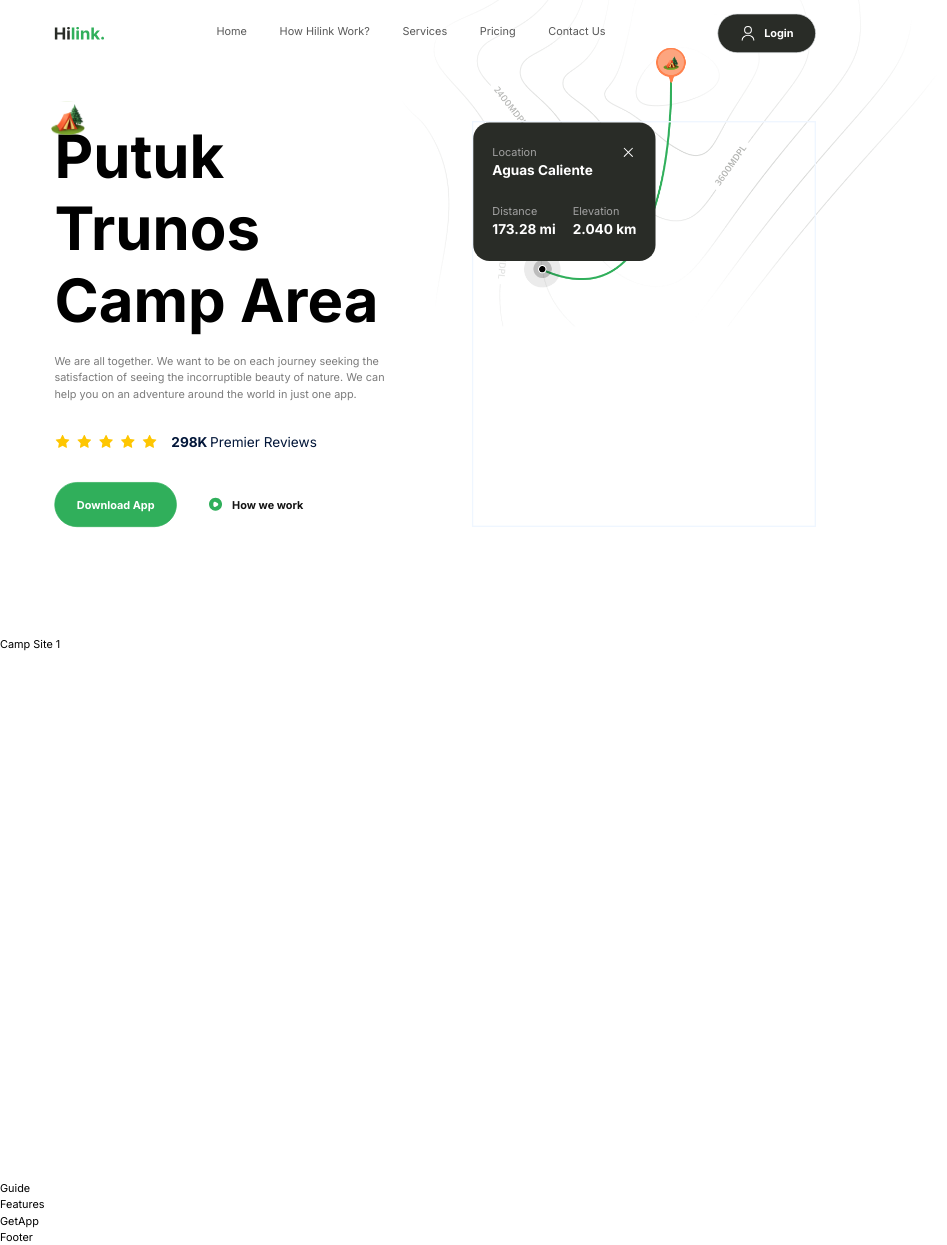
Repository: SouthpawC0der/Modern-reactsite
Page: /
The author's editor kept a copy of each file at every save. The page is drawn from the files as they stood at one save, then again after the next save.
The browser window is 1280 px wide. The page is 1392 px wide, so the pictures cover 1392 px, including what lies to the right of the window. The pictures show the whole page, at 68% of full size.
The project was rebuilt for these pictures with package versions that can differ from the ones it lists, and the page was loaded fresh each time. The framework's server and built-in components were replaced by stand-ins that run in the browser. Also part of the build but not shown: next.config.ts.

Above is the page before, as saved 2025-01-30 12:27:00.

### app/layout.tsx
import type { Metadata } from "next";
import "./globals.css";
import Navbar from "@/components/Navbar";
import Footer from "@/components/Footer";

export default function RootLayout({
  children,
}: Readonly<{
  children: React.ReactNode;
}>) {
  return (
    <html lang="en">
      <body>
        <Navbar />
        <main className="relative-overflow-hidden">
        {children}
        </main>
        <Footer />
      </body>
    </html>
  );
}

### app/page.tsx
import Camp from "@/components/Camp";
import Features from "@/components/Features";
import GetApp from "@/components/GetApp";
import Guide from "@/components/Guide";
import Hero from "@/components/Hero";


export default function Home() {
  return (
    <>
    <Hero />
    <Camp />
    <Guide />
    <Features />
    <GetApp />
    </>
  );
}

### app/globals.css

@import url('https://fonts.googleapis.com/css2?family=Inter:wght@400;500;600;700;800&display=swap');

@tailwind base;
@tailwind components;
@tailwind utilities;

* {
  margin: 0;
  padding: 0;
  box-sizing: border-box;
}

body {
  font-family: Inter;
}

@layer utilities {
  .btn_white {
    @apply  border-white bg-white px-8 py-3 text-green-50
  }
  .btn_white_text  {
    @apply  border-white bg-white px-8 py-3 text-gray-90
  }
  .btn_green  {
    @apply  border-green-50 bg-green-50 px-8 py-5 text-white
  }
  .btn_dark_green {
    @apply  bg-green-90 px-8 py-4 text-white transition-all hover:bg-black
  }
  .btn_dark_green_outline  {
    @apply border-gray-20 bg-green-90 px-8 py-5 text-white
  }

  .max-container {
    @apply mx-auto max-w-[1440px];
  }

  .padding-container {
    @apply px-6 lg:px-20 3xl:px-0;
  }

  .flexCenter {
    @apply flex items-center justify-center;
  }

  .flexBetween {
    @apply flex items-center justify-between;
  }

  .flexStart {
    @apply flex items-center justify-start;
  }

  .flexEnd {
    @apply flex items-center justify-end;
  }

  /* FONTS */
  .regular-64 {
    @apply text-[64px] font-[400] leading-[120%];
  }

  .regular-40 {
    @apply text-[40px] font-[400] leading-[120%];
  }

  .regular-32 {
    @apply text-[32px] font-[400];
  }

  .regular-24 {
    @apply text-[24px] font-[400];
  }

  .regular-20 {
    @apply text-[20px] font-[400];
  }

  .regular-18 {
    @apply text-[18px] font-[400];
  }

  .regular-16 {
    @apply text-[16px] font-[400];
  }

  .regular-14 {
    @apply text-[14px] font-[400];
  }

  .medium-14 {
    @apply text-[14px] font-[600];
  }

  .bold-88 {
    @apply text-[88px] font-[700] leading-[120%];
  }

  .bold-64 {
    @apply text-[64px] font-[700] leading-[120%];
  }

  .bold-52 {
    @apply text-[52px] font-[700] leading-[120%];
  }

  .bold-40 {
    @apply text-[40px] font-[700] leading-[120%];
  }

  .bold-32 {
    @apply text-[32px] font-[700] leading-[120%];
  }

  .bold-20 {
    @apply text-[20px] font-[700];
  }

  .bold-18 {
    @apply text-[18px] font-[700];
  }

  .bold-16 {
    @apply text-[16px] font-[700];
  }

  /* Hero */
  .hero-map {
    @apply absolute right-0 top-0 h-screen w-screen bg-pattern-2 bg-cover bg-center md:-right-28 xl:-top-60;
  }

  /* Camp */
  .camp-quote {
    @apply absolute -right-6 bottom-4 w-[140px] lg:bottom-10 xl:-right-8 xl:w-[186px] 3xl:right-0;
  }

  /* Feature */
  .feature-phone {
    @apply absolute top-[13%] z-10 hidden max-w-[1500px] rotate-[15deg] md:-left-16 lg:flex  3xl:left-20;
  }

  /* Get App */
  .get-app {
    @apply max-container relative flex w-full  flex-col justify-between gap-32 overflow-hidden bg-green-90 bg-pattern bg-cover bg-center bg-no-repeat px-6 py-12 text-white sm:flex-row sm:gap-12 sm:py-24 lg:px-20 xl:max-h-[598px] 2xl:rounded-5xl;
  }
}

/* Hide scrollbar for Chrome, Safari and Opera */
.hide-scrollbar::-webkit-scrollbar {
  display: none;
}

/* Hide scrollbar for IE, Edge and Firefox */
.hide-scrollbar {
  -ms-overflow-style: none; /* IE and Edge */
  scrollbar-width: none; /* Firefox */
}

### components/Navbar.tsx
import { NAV_LINKS } from '@/constants'
import Image from 'next/image'
import Link from 'next/link'
import React from 'react'
import Button from './Button'

const Navbar = () => {
  return (
    <nav className='flexBetween max-container padding-container relative z-30 py-5'>
        <Link href="/">
          <Image src="/hilink-logo.svg" alt='logo' width={74} height={29} />
        </Link>

          <ul className='hidden h-full gap-12 lg:flex'>
             {NAV_LINKS.map((link) => (
                <Link href={link.href} key={link.key}
                className='regular-16 text-gray-50 flexCenter cursor-pointer pb-1.5 transition-all hover:font-bold'
                >
                    {link.label}
                </Link>
             ))}
          </ul>

          <div className='lg:flexCenter hidden'>
            <Button
            type='button'
            title='Login'
            icon='/user.svg'
            variant='btn_dark_green'
            />
          </div>

          <Image
          src='menu.svg'
          alt='menu'
          width={32}
          height={32}
          className='inline-block cursor-pointer lg:hidden'
          />
    </nav>
  )
}


export default Navbar

### components/Camp.tsx
import React from 'react'
 interface CampProps {
  backgroundImage: string;
  title: string,
  subtitle: string,
  peopleJoined: string,
 }

const CampSite = ({backgroundImage, title, subtitle, peopleJoined}: CampProps) => {
  return (
    <div>
      Camp Site 1
    </div>
  )
}


const Camp = () => {
  return (
    <section className='2xl:max-container relative flex fle-col py-10 lg:mb-10 lg:py-20 xl:mb-20'>
    <div className='hide-scrollbar flex h-[340px] w-full items-start justify-start gap-8 overflow-x-auto lg:h-[400px] xl:h-[640px]'>
      <CampSite
      backgroundImage='bg-bg-img-1'
      title='Putuk Truno Camp'
      subtitle='Prigen, Pasuran'
      peopleJoined='50+ Joined'
      />
    </div>
  </section>
  )
}

export default Camp

### components/Hero.tsx
import Image from 'next/image'
import React from 'react'
import Button from './Button'

const Hero = () => {
  return (
    <section className='max-container padding-container flex flex-col gap-20 py-10 pb-32 md:gap-28
     lg:py-20 xl:flex-row '>
        <div className='hero-map' />

        <div className='relative z-10 flex flex-1 flex-col xl:w-1/2'>
            <Image
            src='/camp.svg'
            alt='camp'
            width={50}
            height={50}
            className='absolute left-[-5px] top-[-30px] w-10 lg:w-[50px]'
             />
             <h1 className='bold-32 lg:bold-88'>Putuk Trunos Camp Area</h1>
             <p className='regular-16 mt-6 text-gray-30 xl:max-[520px]'>
                We are all together. We want to be on each journey seeking the
                satisfaction of seeing the incorruptible beauty of nature. We can
                help you on an adventure around the world in just one app.
             </p>

             <div className='my-11 flex flex-wrap gap-5'>
                <div className='flex items-center gap-2'>
                    {Array(5).fill(1).map((_, index) => (
                        <Image
                        src='/star.svg'
                        key={index}
                        alt='star'
                        width={24}
                        height={24}
                        />
                    ))}
                </div>
                <p className='bold-16 lg:bold-20 text-blue-70'>
                    298K
                    <span className='regular-16 lg:regular-20 ml-1'>Premier Reviews</span>
                </p>
             </div>
             <div className='flex flex-col w-full gap-3 sm:flex-row'>
                    <Button
                    type='button'
                    title='Download App'
                    variant='btn_green'
                    />
                    <Button
                    type='button'
                    title='How we work'
                    icon='/play.svg'
                    variant='btn_white_text'
                    />
             </div>
        </div>

        <div className='relative flex flex-1 items-start border-2 border-blue-50'>
           <div className='relative z-20 flex w-[268px] flex-col gap-8 rounded-3xl bg-green-90 px-7 py-8'>

            <div className='flex flex-col'>
                <div className='flexBetween'>
                    <p className='regular-16 text-gray-20'>Location</p>
                        <Image
                          src='/close.svg'
                          alt='close'
                          width={24}
                          height={24}
                        />
                </div>

                <p className='bold-20 text-white'>Aguas Caliente</p>
                </div>

                <div className='flexBetween'>
                  <div className='flex flex-col'>
                    <p className='regular-16 block text-gray-20'>Distance</p>
                    <p className='bold-20 text-white'>173.28 mi</p>
                </div>
                  <div className='flex flex-col'>
                    <p className='regular-16 block text-gray-20'>Elevation</p>
                    <p className='bold-20 text-white'> 2.040 km</p>
                </div>
              </div>
            </div>
        </div>
    </section>
  )
}

export default Hero

### components/Button.tsx
import Image from 'next/image';
import React from 'react'

type ButtonProps = {
    type: 'button' | 'submit';
    title: string;
    icon?: string,
    variant: string
}

const Button = ( {type, title, icon, variant }: ButtonProps) => {
  return (
    <button
    className={`flexCenter gap-3 rounded-full border ${variant}`}
    type={type}

    >
        {icon && <Image src={icon} alt={title} width={24} height={24} />}
        <label className='bold-16 whitespace-nowrap'>{title}</label>
    </button>
  )
}

export default Button

Loaded but not shown: components/Footer.tsx (common file); components/Features.tsx (common file); components/GetApp.tsx (common file); components/Guide.tsx (common file); constants/index.ts (common file); tailwind.config.ts (common file)

After the next save:
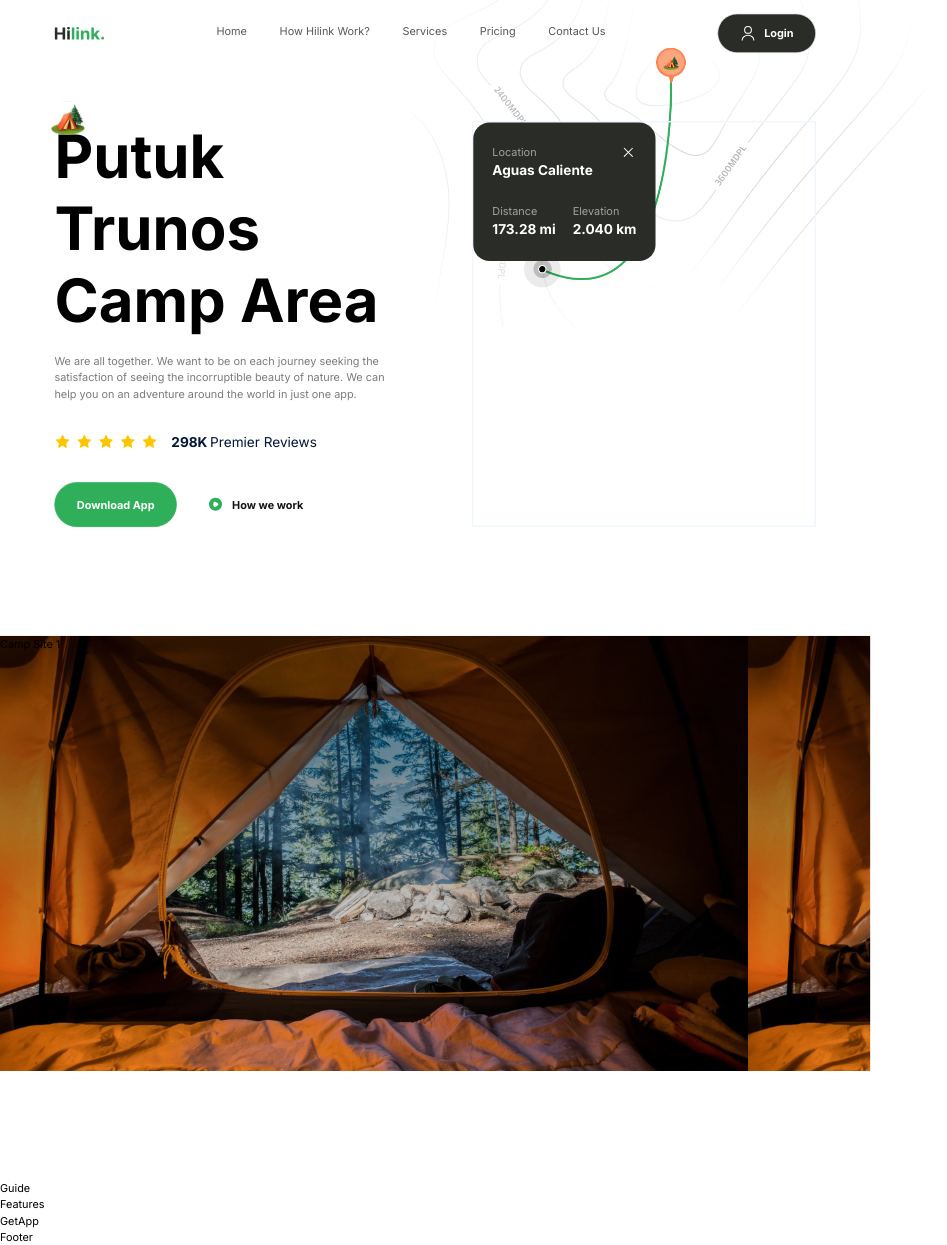
Saved 69 s later.
--- a/components/Camp.tsx
+++ b/components/Camp.tsx
@@ -8,7 +8,7 @@ import React from 'react'
 
 const CampSite = ({backgroundImage, title, subtitle, peopleJoined}: CampProps) => {
   return (
-    <div>
+    <div className={`h-full w-full min-w-[1100px] ${backgroundImage}`}>
       Camp Site 1
     </div>
   )
